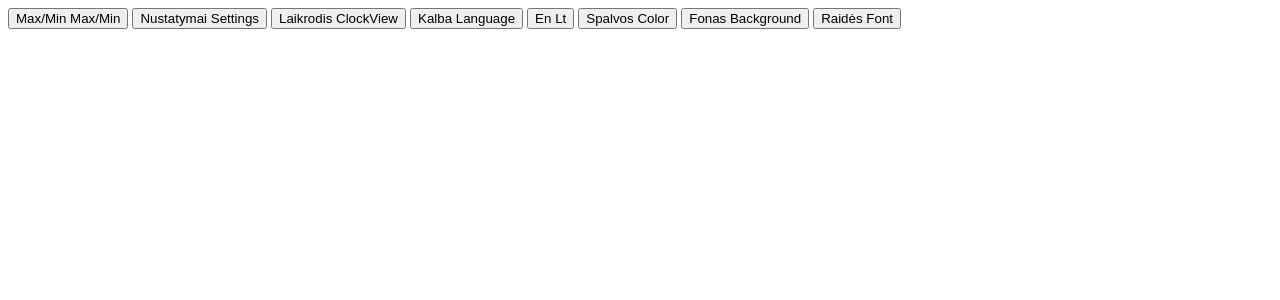
Repository: Skaidrius/WordClock
Page: directives/clock-buttons.html
The author's editor kept a record of every edit. The page is drawn from the files as they stood at one moment, then again after the next edit.
The browser window is 1280 px wide. The pictures show the whole page.

Above is the page before.

After the next edit:
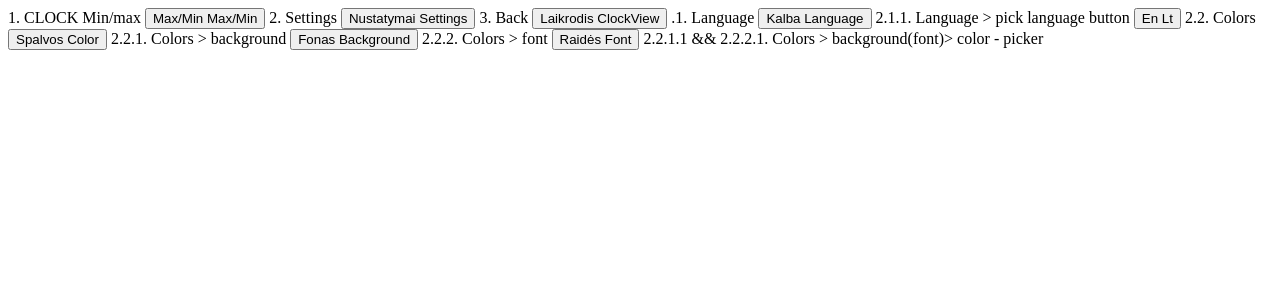
The edit:
--- a/directives/clock-buttons.html
+++ b/directives/clock-buttons.html
@@ -1,53 +1,53 @@
 <!--BUTTONS/SETTINGS -->
 
-    <!--1. CLOCK Min/max-->
-    <button ng-show="change">
-        <span ng-show="lt" ng-click="timeLt.changeClass(); change=!change">Max/Min</span>
-        <span ng-show="en" ng-click="timeEn.changeClass(); change=!change">Max/Min</span>
-    </button>
+1. CLOCK Min/max
+<button ng-show="change">
+    <span ng-show="lt" ng-click="timeLt.changeClass(); change=!change">Max/Min</span>
+    <span ng-show="en" ng-click="timeEn.changeClass(); change=!change">Max/Min</span>
+</button>
 
-    <!--2. Settings-->
-    <button ng-show="change" ng-init="en=true" ng-click="sets=!sets; color=false; lang=false; picker=false">
-        <span ng-show="lt">Nustatymai</span>
-        <span ng-show="en">Settings</span>
-    </button>
+2. Settings
+<button ng-show="change" ng-init="en=true" ng-click="sets=!sets; color=false; lang=false; picker=false">
+    <span ng-show="lt">Nustatymai</span>
+    <span ng-show="en">Settings</span>
+</button>
 
-    <!--3. Back -->
-    <button ng-show="change" ng-init="en=true" ng-click="change=!change; sets=false">
-        <span ng-show="lt">Laikrodis</span>
-        <span ng-show="en">ClockView</span>
-    </button>
+3. Back
+<button ng-show="change" ng-init="en=true" ng-click="change=!change; sets=false">
+    <span ng-show="lt">Laikrodis</span>
+    <span ng-show="en">ClockView</span>
+</button>
 
-    <!--.1. Language -->
-    <button ng-show="change && sets" ng-click="lang=!lang; color=false">
-        <span ng-show="lt">Kalba</span>
-        <span ng-show="en">Language</span>
-    </button>
+.1. Language
+<button ng-show="change && sets" ng-click="lang=!lang; color=false">
+    <span ng-show="lt">Kalba</span>
+    <span ng-show="en">Language</span>
+</button>
 
-    <!--2.1.1. Language > pick language button-->
-    <button ng-show="change && sets && lang">
-        <span ng-show="lt" ng-click="en=true; lt=false; change=!change">En</span>
-        <span ng-show="en" ng-click="en=false; lt=true; change=!change">Lt</span>
-    </button>
+2.1.1. Language > pick language button
+<button ng-show="change && sets && lang">
+    <span ng-show="lt" ng-click="en=true; lt=false; change=!change">En</span>
+    <span ng-show="en" ng-click="en=false; lt=true; change=!change">Lt</span>
+</button>
 
-    <!--2.2. Colors -->
-    <button ng-show="change && sets" ng-click="color=!color; lang=false">
-        <span ng-show="lt">Spalvos</span>
-        <span ng-show="en">Color</span>
-    </button>
+2.2. Colors
+<button ng-show="change && sets" ng-click="color=!color; lang=false">
+    <span ng-show="lt">Spalvos</span>
+    <span ng-show="en">Color</span>
+</button>
 
-    <!--2.2.1. Colors > background-->
-    <button ng-show="change && sets && color" ng-click="picker=!picker">
-        <span ng-show="lt">Fonas</span>
-        <span ng-show="en">Background</span>
-    </button>
+2.2.1. Colors > background
+<button ng-show="change && sets && color" ng-click="picker=!picker">
+    <span ng-show="lt">Fonas</span>
+    <span ng-show="en">Background</span>
+</button>
 
-    <!--2.2.2. Colors > font-->
-    <button ng-show="change && sets && color" ng-click="picker=!picker">
-        <span ng-show="lt">Raidės</span>
-        <span ng-show="en">Font</span>
-    </button>
+2.2.2. Colors > font
+<button ng-show="change && sets && color" ng-click="picker=!picker">
+    <span ng-show="lt">Raidės</span>
+    <span ng-show="en">Font</span>
+</button>
 
-    <!--2.2.1.1 && 2.2.2.1. Colors > background(font)> color - picker-->
-    <div ng-show="picker" class='preview' style='color:{{color | toHex}};'></div>
-    <picker ng-show="picker" color='color'></picker>
+2.2.1.1 && 2.2.2.1. Colors > background(font)> color - picker
+<div ng-show="picker" class='preview' style='color:{{color | toHex}};'></div>
+<picker ng-show="picker" color='color'></picker>
